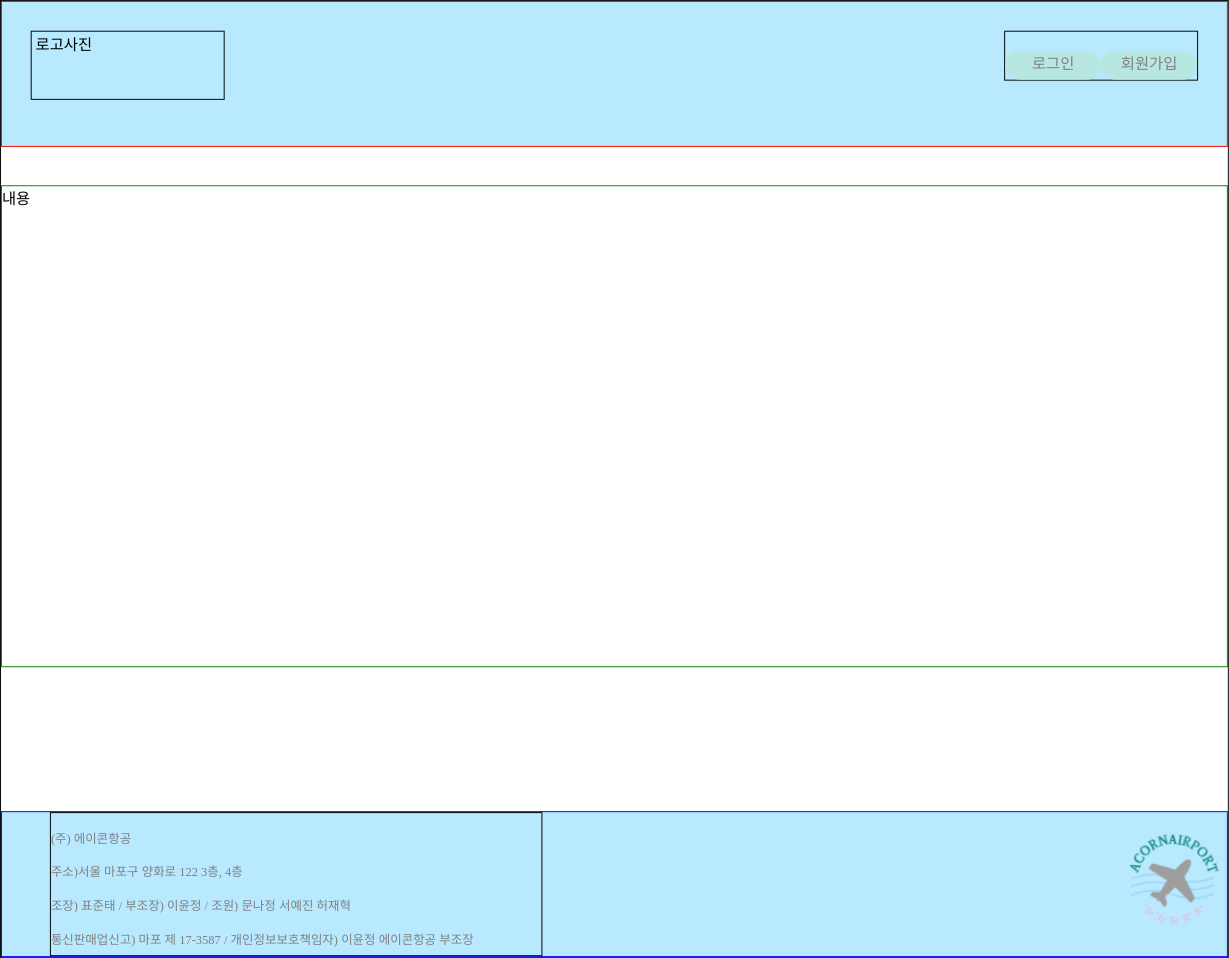
Repository: juntae710/Acorn_AirlineReservation_Project
Page: http://localhost/prj3_1/WEB-INF/views/h_index.jsp
These files come from the project's save history. The page is drawn as it stood at one moment and after the next save; the edit follows.
The browser window is 1280 px wide. The pictures show the whole page, at 96% of full size.
The page is served by Tomcat 9. Nobody is signed in. Other server files are loaded and not shown. The template is opened directly, without the code that normally fills it, so the values that code supplies are empty.

Above is the page before, as saved 2023-09-20 02:19:39.

### Eclipse/prj3_1/src/main/webapp/WEB-INF/views/h_index.jsp
<%@ page language="java" contentType="text/html; charset=UTF-8"
	pageEncoding="UTF-8"%>
<!DOCTYPE html>
<html>
<head>
<meta charset="UTF-8">
<title>Insert title here</title>
<style>
* {
	margin: 0;
}

main {
	border: 1px solid black;
}

header {
	border: 1px solid red;
	background-color:#B8E9FF;
	height: 150px;
	display: flex;
	position: relative;
}

.headerimg {
	width: 200px;
	height: 70px;
	border: 1px solid black;
	position: absolute;
	left: 30px;
	top: 30px;
}

.headerAtag {
	display: flex;
	width: 200px;
	height: 50px;
	border: 1px solid black;
	position: absolute;
	right: 30px;
	top: 30px;
	text-align: center;
}

section {
	border: 1px solid green;
	height: 500px;
	margin-top: 40px;
}

footer {
	border: 1px solid blue;
	height: 150px;
	margin-top: 150px;
	margin-bottom: 0px;
	display: flex;
	background-color: #B8E9FF
}
a{
	color: gray;
	text-decoration: none;
	}


.a_box{
		margin-top: 20px;
		border-radius: 40px;
		background-color: #B8E6E1;
		width: 100px;
		height: 30px;
		}

.footer_info {
	border: 1px solid black;
	margin-left: 50px;
	width: 1000px;
	font-size: 13px;
	color: gray;
}

.footer_img {
	width: 200px;
	height: 100px;
	margin-left: 600px;
	margin-top: 13px;
}
</style>
</head>
<body>
	<main>
		<header>
			<div class="headerimg">
				<img src="" alt=""> 로고사진
			</div>

			<%
			String id = (String) session.getAttribute("id");
			%>

			<div class="headerAtag">
				<%
				if (id == null) {
				%>
				<div class="a_box"><a href="<%=request.getContextPath()%>/h_login">로그인</a></div>
				<%
				%>
				<div class="a_box"><a href="<%=request.getContextPath()%>/l_join">회원가입</a></div>
				<%
				} else {
				%>
				<p>아이디: <%=id%>님 </p>
				<div class="a_box"><a href="<%=request.getContextPath()%>/h_logOut">로그아웃</a></div>
				<div class="a_box"><a href="<%=request.getContextPath()%>/smain">마이페이지</a></div>

				<%
				}
				%>
			</div>

		</header>

		<section>내용</section>



		<footer>
			<div class="footer_info">
				<br>(주) 에이콘항공 <br>
				<br> 주소)서울 마포구 양화로 122 3층, 4층 <br>
				<br> 조장) 표준태 / 부조장) 이윤정 / 조원) 문나정 서예진 허재혁 <br>
				<br> 통신판매업신고) 마포 제 17-3587 / 개인정보보호책임자) 이윤정 에이콘항공 부조장
			</div>
			<div class="footer_img">
				<img alt="이미지" src="<%=request.getContextPath()%>/img/acornairport.png">
			</div>
		</footer>
	</main>
</body>
</html>

After the next save:
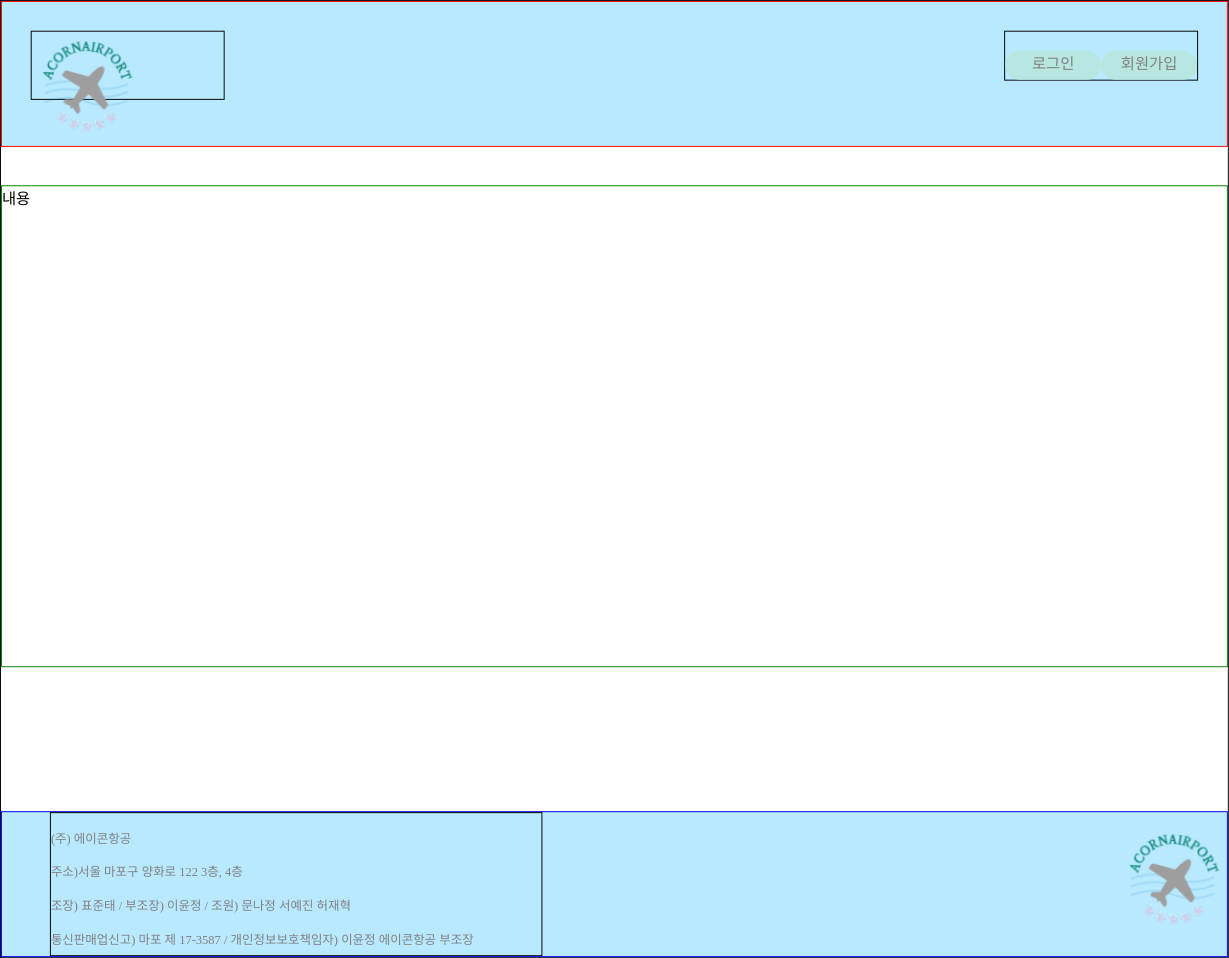
Saved 115 s later.
--- a/Eclipse/prj3_1/src/main/webapp/WEB-INF/views/h_index.jsp
+++ b/Eclipse/prj3_1/src/main/webapp/WEB-INF/views/h_index.jsp
@@ -90,7 +90,7 @@ a{
 	<main>
 		<header>
 			<div class="headerimg">
-				<img src="" alt=""> 로고사진
+				<img alt="이미지" src="<%=request.getContextPath()%>/img/acornairport.png">
 			</div>
 
 			<%
